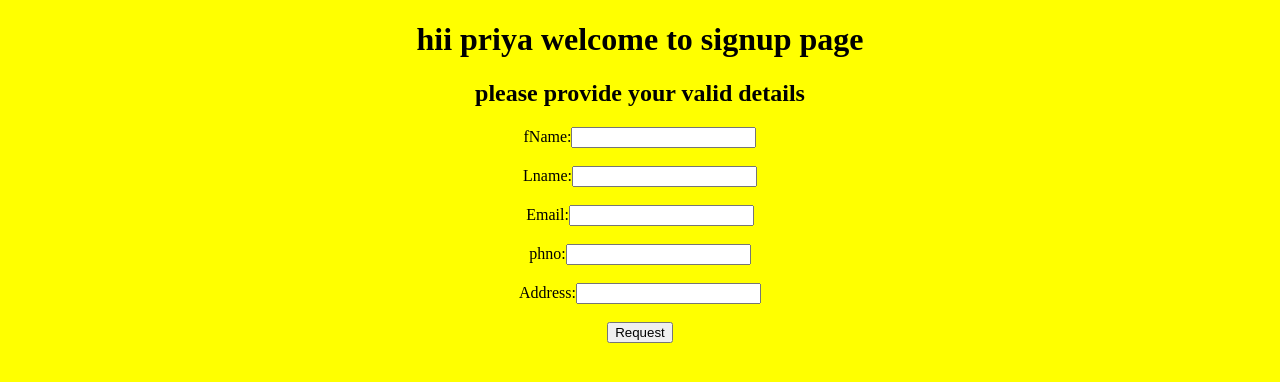
Repository: priyaadya/spring-practice-codes
Page: http://localhost/servletpractice/
An editor plug-in stored every save of this project. The page is shown before and after the next save, followed by the edit.
The browser window is 1280 px wide. The pictures show the whole page.
The page is served by Tomcat 9. Other server files are loaded and not shown.

Above is the page before, as saved 2023-05-28 16:31:24.

### servletpractice/src/main/webapp/index.jsp
<%@ page language="java" contentType="text/html; charset=ISO-8859-1"
    pageEncoding="ISO-8859-1"%>
<!DOCTYPE html>
<html>
<head>
<meta charset="ISO-8859-1">
<title>Insert title here</title>
</head>
<body bgcolor="yellow" text align="center">
<h1>hii priya welcome to signup page</h1>
<h2>please provide your valid details</h2>
<form action="fs" method="post">
fName:<input type="text" name="fnm"><br><br>
Lname:<input type="text" name="lnm"><br><br>
Email:<input type="text" name="em"></br><br>
phno:<input type="text" name="phno"><br><br>
Address:<input type="text" name="addr"><br><br>
<input type="submit" value="Request">
</form>

</body>
</html>

After the next save:
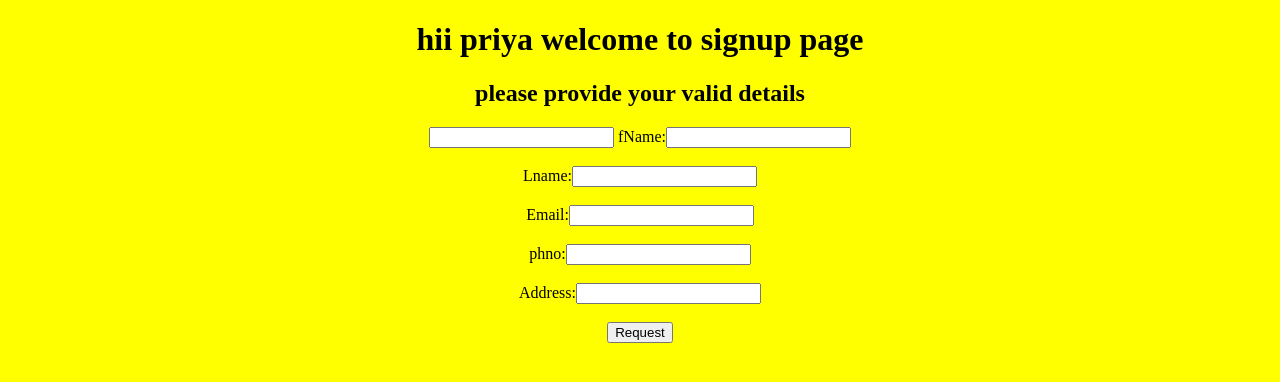
Saved 24 min 16 s later.
--- a/servletpractice/src/main/webapp/index.jsp
+++ b/servletpractice/src/main/webapp/index.jsp
@@ -10,6 +10,7 @@
 <h1>hii priya welcome to signup page</h1>
 <h2>please provide your valid details</h2>
 <form action="fs" method="post">
+<input type="text" name="id">
 fName:<input type="text" name="fnm"><br><br>
 Lname:<input type="text" name="lnm"><br><br>
 Email:<input type="text" name="em"></br><br>
